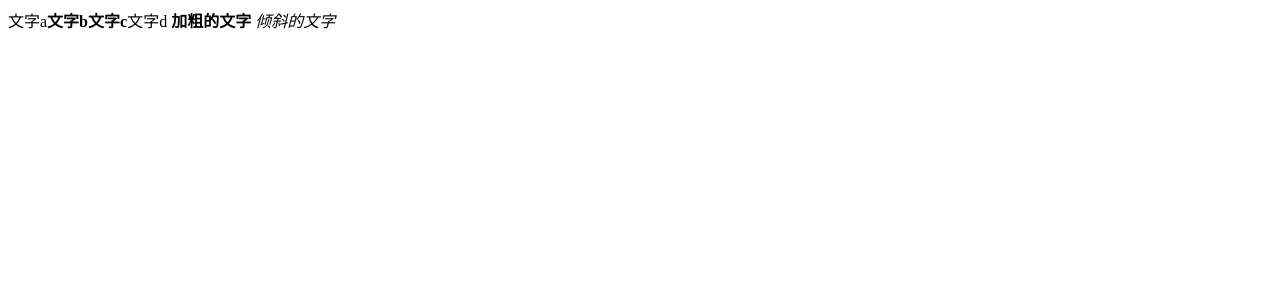
Repository: lqcoffical/basic-frontCode
Page: demohtml/文本标签.html
These files come from the project's save history. The page is drawn as it stood at one moment and after the next save; the edit follows.
The browser window is 1280 px wide. The pictures show the whole page.

Above is the page before, as saved 2019-10-15 14:34:29.

After the next save:
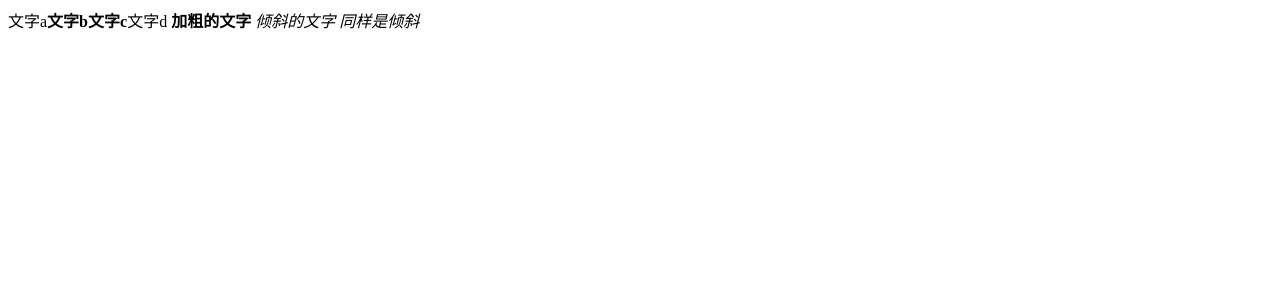
Saved 103 s later.
--- a/demohtml/文本标签.html
+++ b/demohtml/文本标签.html
@@ -11,7 +11,8 @@
     文字a<b>文字b文字c</b>文字d
     <!-- <strong></strong>标签也是加粗效果，有表示语义强调的意思 -->
     <strong>加粗的文字</strong>
-    <!-- <i></i>标签表示倾斜的字体 -->
+    <!-- <i></i>标签表示倾斜的字体 <em></em>标签同样表示倾斜-->
     <i>倾斜的文字</i>
+    <em>同样是倾斜</em>
 </body>
 </html>
